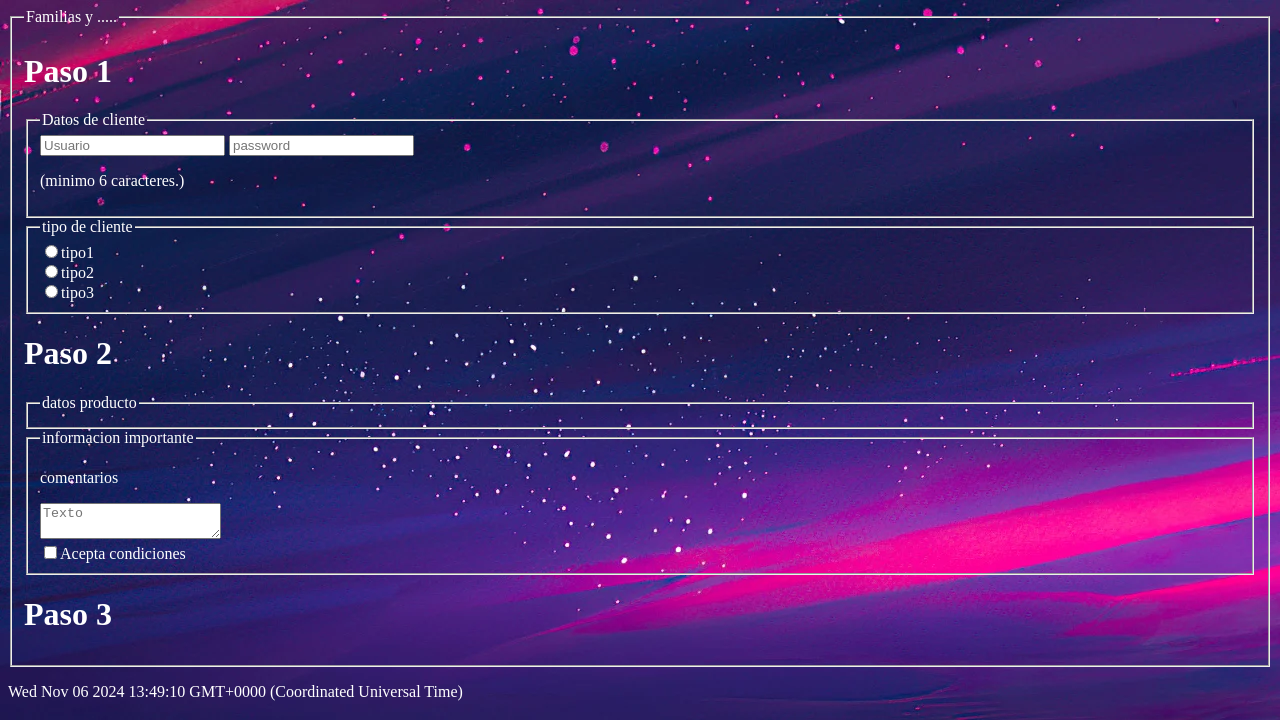
Repository: demoniers/clase
Page: lenguajes/html2/ej11/src/index.html
These files come from the project's save history. The page is drawn as it stood at one moment and after the next save; the edit follows.
The browser window is 1280 px wide. The pictures show the whole page.

Above is the page before, as saved 2024-11-18 13:09:32.

### lenguajes/html2/ej11/src/index.html
<!DOCTYPE html>
<html>
  <head>
    <base href="../img/">
    <title>Hojas de Estilo</title>
    <link rel="icon" type="image/x-icon" href="../img/icon.ico">
    <link rel="stylesheet" href="../style/style.css" />
    <meta name="author" content="Diego" />
    <meta name="description" content="Esto es una web" />
    <!---meta http-equiv="refresh" content="60; URL=http://www.google.com/" /> -->
  </head>

  <body>
    <div id="container">
      <fieldset>
        <legend>Familias y ..... </legend>
        <h1>Paso 1</h1>
        <fieldset class="75">
          <legend>Datos de cliente</legend>
          <input type="text" name="user" id="user" placeholder="Usuario">
          <input type="password" name="password" id="password" placeholder="password">
          <p>(minimo 6 caracteres.)</p>
        </fieldset>
        <fieldset class="25">
          <legend>tipo de cliente</legend>
          <input type="radio" name="tipo" id="tipo">tipo1<br>
          <input type="radio" name="tipo" id="tipo">tipo2<br>
          <input type="radio" name="tipo" id="tipo">tipo3<br>
        </fieldset>
        <h1>Paso 2</h1>
        <fieldset class="50">
          <legend>datos producto</legend>
        </fieldset>
        <fieldset class="50">
          <legend>informacion importante</legend>
          <p>comentarios</p>
          <textarea name="text" id="text" placeholder="Texto"></textarea><br>
          <input type="checkbox" name="checkbox" id="checkbox" value="acepta">Acepta condiciones
        </fieldset>
        <h1>Paso 3</h1>
      </fieldset>
    </div>
    <p id="fh"></p>
  </body>
  <script>
    fecha = document.getElementById("fh");
    f = new Date();
    fecha.innerHTML = f;
</script>
</html>

### lenguajes/html2/ej11/style/style.css
        /* Estilo que aplica al cuerpo de la página */
        body {
            background-color: #ae58bb;
            background-image: url(../img/fondo.jpg);
            color: white;
        }

After the next save:
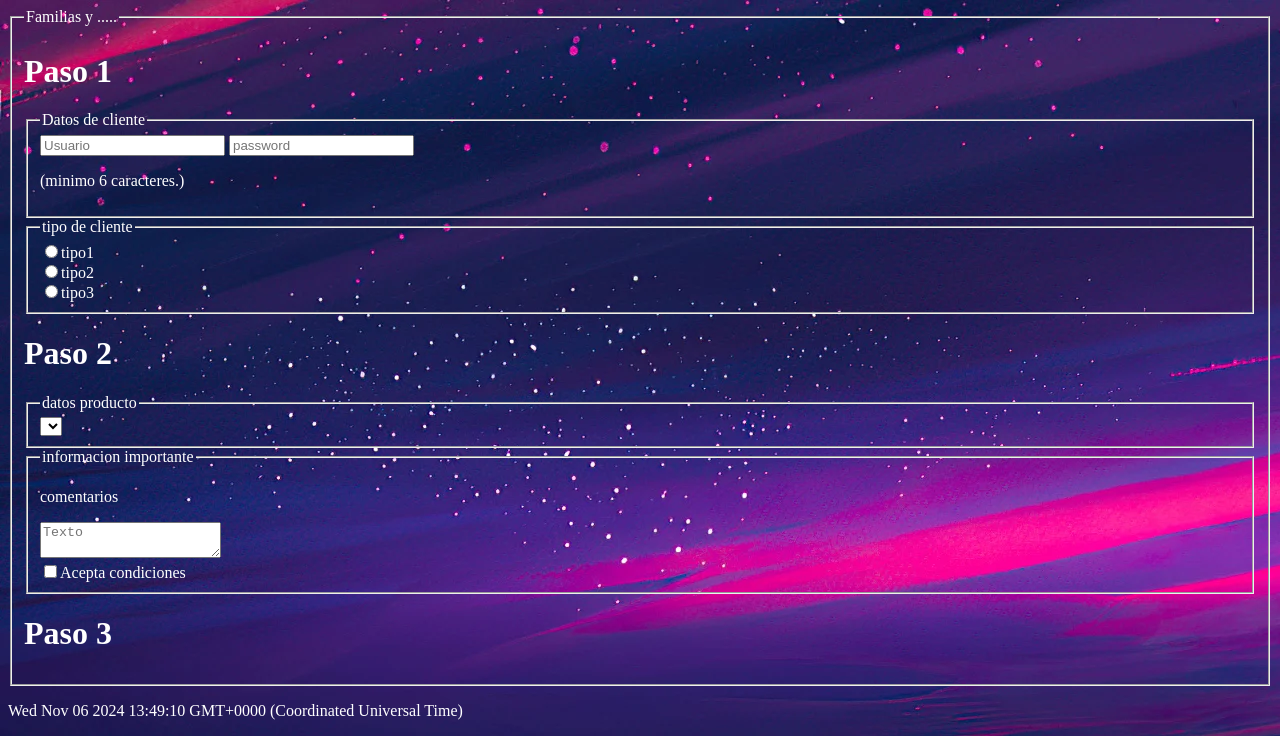
Saved 52 s later.
--- a/lenguajes/html2/ej11/src/index.html
+++ b/lenguajes/html2/ej11/src/index.html
@@ -30,6 +30,9 @@
         <h1>Paso 2</h1>
         <fieldset class="50">
           <legend>datos producto</legend>
+          <select name="select" id="select">
+            <option value="opcion X"></option>
+          </select>
         </fieldset>
         <fieldset class="50">
           <legend>informacion importante</legend>
